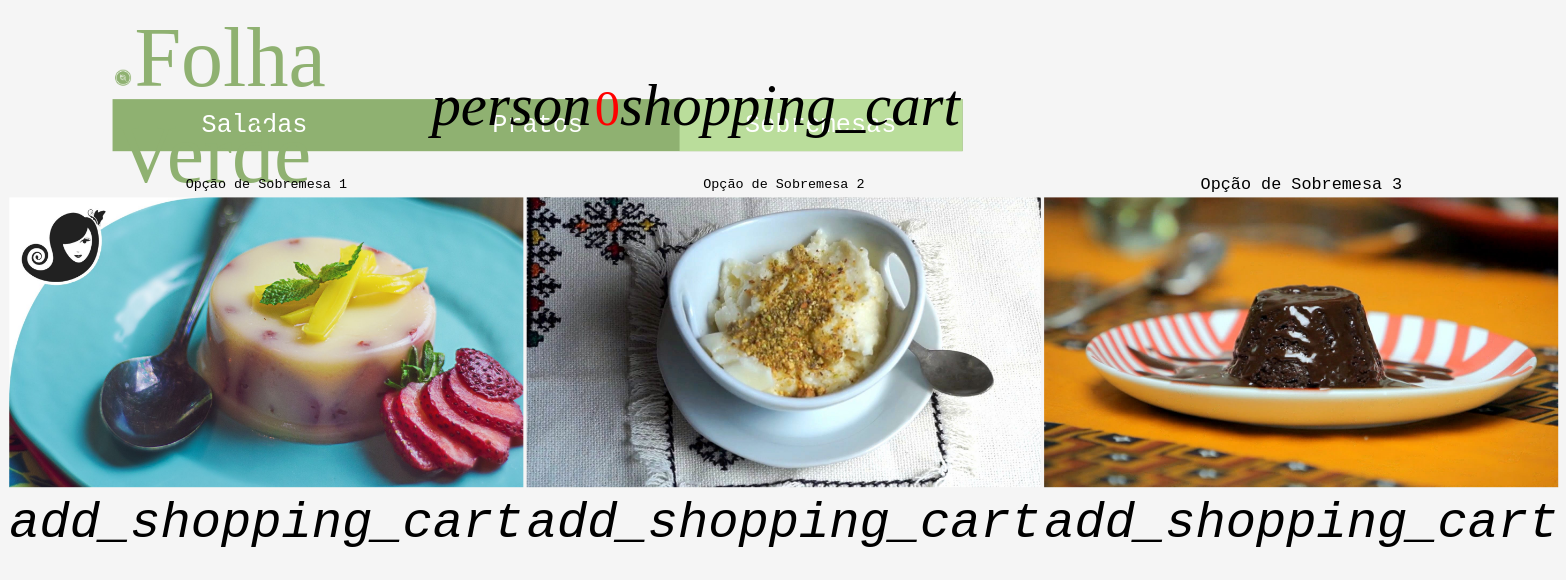
Repository: maaelphd/FolhaVerde
Page: http://localhost/FolhaVerde/DessertPage.jsp
An editor plug-in stored every save of this project. The page is shown before and after the next save, followed by the edit.
The browser window is 1280 px wide. The page is 1864 px wide, so the pictures cover 1864 px, including what lies to the right of the window. The pictures show the whole page, at 84% of full size.
Some web fonts or font styles are not loaded; a fallback is used. The page is served by Tomcat 9. Other server files are loaded and not shown.

Above is the page before, as saved 2018-06-04 04:40:18.

### FolhaVerde/WebContent/DessertPage.jsp
<%@ page language="java" contentType="text/html; charset=UTF-8"
	pageEncoding="UTF-8"%>
<%@ taglib uri="http://java.sun.com/jsp/jstl/core" prefix="c"%>
<!DOCTYPE html>
<html>
<head>
<meta charset="UTF-8">
	<title>Restaurante Folha Verde - Desserts</title>

	<link rel="stylesheet" href="${pageContext.request.contextPath}/CSS/DessertPage.css"/>
	<link rel="stylesheet" href="${pageContext.request.contextPath}/CSS/RobotoFonts.css" type="text/css">
</head>
<body>

	<div id="wrapper">
		<c:import url="NavBar.jsp"></c:import>

		<div id="divPageContent">

			<table class="DessertItensTable">

				<tr class="DessertDescription">
					<td>
						<span class="Dessert1ImageText">Opção de Sobremesa 1</span>
					</td>
					<td>
						<span class="Dessert2ImageText">Opção de Sobremesa 2</span>
					</td>
					<td>
						<span class="Dessert3ImageText">Opção de Sobremesa 3</span>
					</td>
				</tr>
				<tr>
					<td>
						<img class="Dessert1Image" src="${pageContext.request.contextPath}/imgs/SOBREMESA1.jpg" style="width:100%">
					</td>
					<td>
						<img class="Dessert2Image" src="${pageContext.request.contextPath}/imgs/SOBREMESA2.jpg" style="width:100%">
					</td>
					<td>
						<img class="Dessert3Image" src="${pageContext.request.contextPath}/imgs/SOBREMESA3.jpg" style="width:100%">
					</td>
				</tr>
				<tr class="DessertDescription">
					<td>
						<i class="material-icons addShoppingCart" id="1">add_shopping_cart</i>
					</td>
					<td>
						<i class="material-icons addShoppingCart" id="2">add_shopping_cart</i>
					</td>
					<td>
						<i class="material-icons addShoppingCart" id="3">add_shopping_cart</i>
					</td>
				</tr>
			</table>
		</div>
	</div>

</body>

<script type="text/javascript">
	$(document).ready(function () {

		$('.DessertTab').addClass("active"); // Deixa menu marcado na side bar

		// Adiciona ao carrinho
	  	$(".addShoppingCart").on("click", function(){

	  		var cartItensQtd = $('.ItensCountNumber').text();

	  		cartItensQtd = parseInt(cartItensQtd) + 1;

	  		$('.ItensCountNumber').text(cartItensQtd);
		});

	});
</script>
</html>

### FolhaVerde/WebContent/NavBar.jsp
<%@ page language="java" contentType="text/html; charset=UTF-8"	pageEncoding="UTF-8"%>
<%@ taglib uri="http://java.sun.com/jsp/jstl/core" prefix="c"%>
<!DOCTYPE html>
	 <meta charset="UTF-8">

 	<link href="https://fonts.googleapis.com/icon?family=Material+Icons" rel="stylesheet">
	<link rel="stylesheet" href="${pageContext.request.contextPath}/CSS/Pages.css"/>
	<link rel="stylesheet" href="${pageContext.request.contextPath}/CSS/NavBar.css"/>
	<link rel="stylesheet" href="${pageContext.request.contextPath}/CSS/RobotoFonts.css" type="text/css">
	<link rel="stylesheet" href="${pageContext.request.contextPath}/CSS/IndieFlower.css" type="text/css">

	<div class="LogoHeader">
		<table class="w3-table TopBarTable">
			<tr>
				<td>
					<div class="LogoImg">
						<a href="Controller.do?command=ViewIndex" class="indexLink"><img src="${pageContext.request.contextPath}/imgs/LOGO.png"> <span class="NomeEmpresaLogo"> Folha Verde </span></a>
					</div>
				</td>
				<td id="PersonIcoCol">
					<i class="material-icons" id="PersonIco">person</i>
				</td>
				<td id="shoppingCartIcoCol">
					<span class="ItensCountNumber">0</span><i class="material-icons" id="shoppingCartIco">shopping_cart</i>
				</td>
			</tr>
		</table>
	</div>

	<nav>
		<ul class="horizontal">
			<li><a href="Controller.do?command=ViewSalads" class="SaladTab">Saladas</a></li>
			<li><a href="Controller.do?command=ViewPlates" class="PlateTab">Pratos</a></li>
			<li><a href="Controller.do?command=ViewDesserts" class="DessertTab">Sobremesas</a></li>
		</ul>
	</nav>

	<!-- JQUERY & BOOTSTRAP  -->

	<!-- jQuery Reference -->
	<!-- <script src="${pageContext.request.contextPath}/jquery-ui/jquery-ui.min.js"></script> -->
	<script src="${pageContext.request.contextPath}/jquery-ui/jquery-3.3.1.min.js"></script>
	<script src="https://cdnjs.cloudflare.com/ajax/libs/jquery.mask/1.14.10/jquery.mask.js"></script>


	<script src="https://maxcdn.bootstrapcdn.com/bootstrap/3.3.7/js/bootstrap.min.js"></script>

	<script>
	$(document).ready(function () {

	  	$(".nav a").on("click", function(){
	  	   $(".nav").find(".active").removeClass("active");
	  	   $(this).parent().addClass("active");
	  	});

	});
	//# sourceURL=pen.js
	</script>

### FolhaVerde/WebContent/CSS/DessertPage.css
.DessertItensTable {
	width: 80%;
	margin: 0 auto;
}

.Dessert1ImageText
.Dessert2ImageText,
.Dessert3ImageText {
	font-family: inherit;
	font-size: 20px;
}

.DessertDescription {
	text-align: center;

}

.material-icons.addShoppingCart {
	font-size: 60px;
}

### FolhaVerde/WebContent/CSS/RobotoFonts.css
/* cyrillic-ext */
@font-face {
  font-family: 'Roboto Mono';
  font-style: normal;
  font-weight: 400;
  src: local('Roboto Mono'), local('RobotoMono-Regular'), url(https://fonts.gstatic.com/s/robotomono/v5/L0x5DF4xlVMF-BfR8bXMIjhGq3-OXg.woff2) format('woff2');
  unicode-range: U+0460-052F, U+1C80-1C88, U+20B4, U+2DE0-2DFF, U+A640-A69F, U+FE2E-FE2F;
}
/* cyrillic */
@font-face {
  font-family: 'Roboto Mono';
  font-style: normal;
  font-weight: 400;
  src: local('Roboto Mono'), local('RobotoMono-Regular'), url(https://fonts.gstatic.com/s/robotomono/v5/L0x5DF4xlVMF-BfR8bXMIjhPq3-OXg.woff2) format('woff2');
  unicode-range: U+0400-045F, U+0490-0491, U+04B0-04B1, U+2116;
}
/* greek-ext */
@font-face {
  font-family: 'Roboto Mono';
  font-style: normal;
  font-weight: 400;
  src: local('Roboto Mono'), local('RobotoMono-Regular'), url(https://fonts.gstatic.com/s/robotomono/v5/L0x5DF4xlVMF-BfR8bXMIjhHq3-OXg.woff2) format('woff2');
  unicode-range: U+1F00-1FFF;
}
/* greek */
@font-face {
  font-family: 'Roboto Mono';
  font-style: normal;
  font-weight: 400;
  src: local('Roboto Mono'), local('RobotoMono-Regular'), url(https://fonts.gstatic.com/s/robotomono/v5/L0x5DF4xlVMF-BfR8bXMIjhIq3-OXg.woff2) format('woff2');
  unicode-range: U+0370-03FF;
}
/* vietnamese */
@font-face {
  font-family: 'Roboto Mono';
  font-style: normal;
  font-weight: 400;
  src: local('Roboto Mono'), local('RobotoMono-Regular'), url(https://fonts.gstatic.com/s/robotomono/v5/L0x5DF4xlVMF-BfR8bXMIjhEq3-OXg.woff2) format('woff2');
  unicode-range: U+0102-0103, U+0110-0111, U+1EA0-1EF9, U+20AB;
}
/* latin-ext */
@font-face {
  font-family: 'Roboto Mono';
  font-style: normal;
  font-weight: 400;
  src: local('Roboto Mono'), local('RobotoMono-Regular'), url(https://fonts.gstatic.com/s/robotomono/v5/L0x5DF4xlVMF-BfR8bXMIjhFq3-OXg.woff2) format('woff2');
  unicode-range: U+0100-024F, U+0259, U+1E00-1EFF, U+2020, U+20A0-20AB, U+20AD-20CF, U+2113, U+2C60-2C7F, U+A720-A7FF;
}
/* latin */
@font-face {
  font-family: 'Roboto Mono';
  font-style: normal;
  font-weight: 400;
  src: local('Roboto Mono'), local('RobotoMono-Regular'), url(https://fonts.gstatic.com/s/robotomono/v5/L0x5DF4xlVMF-BfR8bXMIjhLq38.woff2) format('woff2');
  unicode-range: U+0000-00FF, U+0131, U+0152-0153, U+02BB-02BC, U+02C6, U+02DA, U+02DC, U+2000-206F, U+2074, U+20AC, U+2122, U+2191, U+2193, U+2212, U+2215, U+FEFF, U+FFFD;
}

### FolhaVerde/WebContent/CSS/Pages.css
html, body {
	background-color: #f5f5f5;
	font-family: 'Roboto Mono', monospace;
}

#divPageContent
{
	display: block;
	margin-top: 2%;
}

.TopBar {
	border: 1px solid black;
}

### FolhaVerde/WebContent/CSS/NavBar.css
nav {
	width: 80%;
	text-align: center;
	margin: 0% auto;
}

ul {
    list-style-type: none;
    margin: 0;
    padding: 0;
    overflow: hidden;
    background-color: #8FB171;
}

li {
    float: left;
    width: 33.33333%;
}

li a {
    display: block;
    color: white;
    text-align: center;
    padding: 14px 16px;
    text-decoration: none;
}

li a.SaladTab,
li a.PlateTab,
li a.DessertTab {
    font-size: 30px;
}

/* Change the link color to #111 (black) on hover */
li a:hover {
    background-color: #badd9b;
}

a.indexLink:link {
   color: #8FB171;
   text-decoration: none;
}

/* link que foi visitado */
a.indexLink:visited {
    color: #8FB171;
}

/* mouse over */
a.indexLink:hover {
    color: #8FB171;
}

/* link selecionado */
a.indexLink:active {
    color: #8FB171;
}

.LogoHeader
{
	width: 80%;
	height: 110px;
	text-align: left;
	margin: 0% auto;
	font-family: 'Indie Flower', cursive;
}

.LogoImg img
{
	width: 5%;
	height: 5%;
}

.NomeEmpresaLogo {
	font-size: 100px;
	font-family:
}

#shoppingCartIco,
#PersonIco {
	font-size: 70px;
}

.TopBarTable{
	width: 100%;
}

.ItensCountNumber {
	font-size: 60px;
	color: #ff0000;
	font-family: 'Indie Flower', cursive;
}

.SaladTab.active, .PlateTab.active, .DessertTab.active{
	background-color: #badd9b;
}

### FolhaVerde/WebContent/CSS/IndieFlower.css
/* latin */
@font-face {
  font-family: 'Indie Flower';
  font-style: normal;
  font-weight: 400;
  src: local('Indie Flower'), local('IndieFlower'), url(https://fonts.gstatic.com/s/indieflower/v9/m8JVjfNVeKWVnh3QMuKkFcZVaUuH.woff2) format('woff2');
  unicode-range: U+0000-00FF, U+0131, U+0152-0153, U+02BB-02BC, U+02C6, U+02DA, U+02DC, U+2000-206F, U+2074, U+20AC, U+2122, U+2191, U+2193, U+2212, U+2215, U+FEFF, U+FFFD;
}

Loaded but not shown: FolhaVerde/WebContent/jquery-ui/jquery-3.3.1.min.js (library)

After the next save:
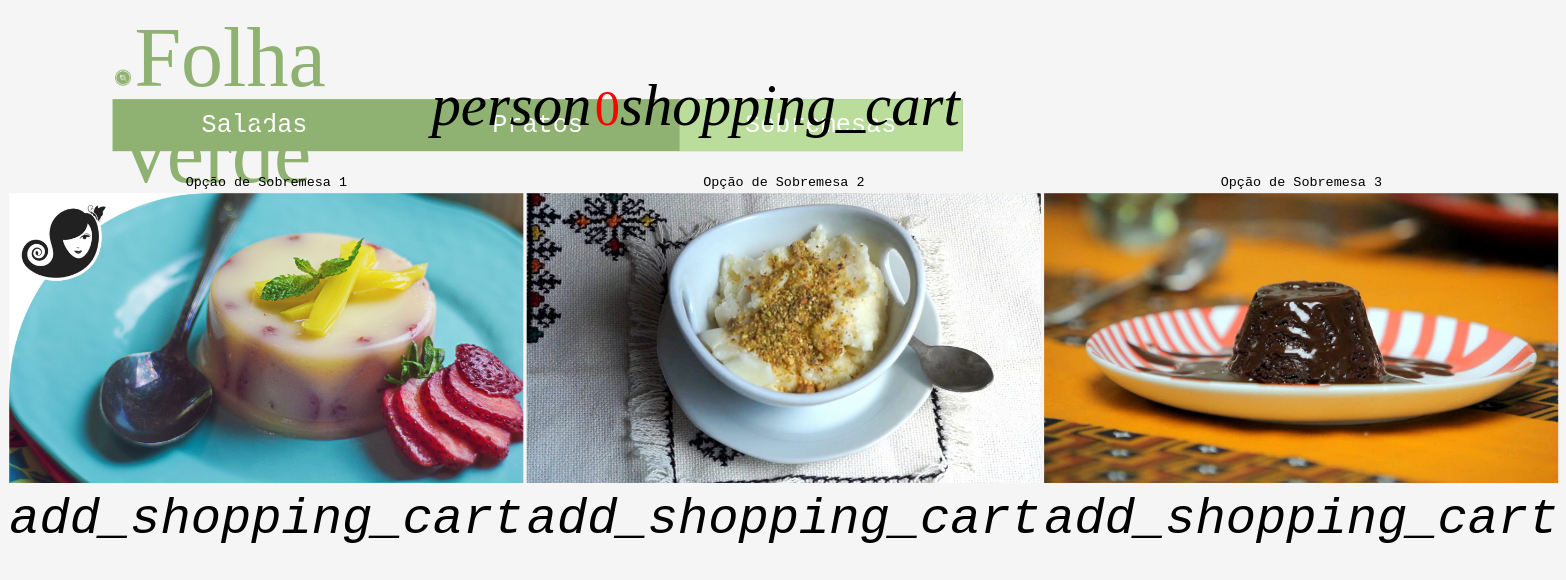
Saved 18 s later.
--- a/FolhaVerde/WebContent/CSS/DessertPage.css
+++ b/FolhaVerde/WebContent/CSS/DessertPage.css
@@ -3,9 +3,7 @@
 	margin: 0 auto;
 }
 
-.Dessert1ImageText
-.Dessert2ImageText,
-.Dessert3ImageText {
+.DessertImageText {
 	font-family: inherit;
 	font-size: 20px;
 }
